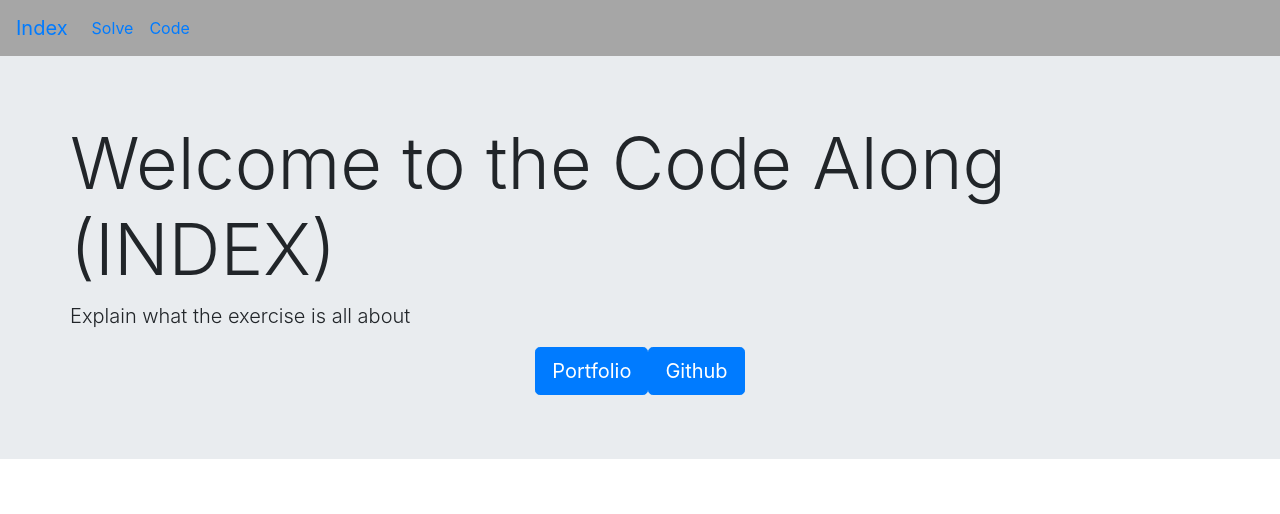
Repository: zhadjah9559/TacocatGrammar
Page: index.html
These files come from the project's save history. The page is drawn as it stood at one moment and after a run of saves; the edit follows.
The browser window is 1280 px wide. The pictures show the whole page.

Above is the page before, as saved 2021-01-12 01:20:42.

After the next 3 saves:
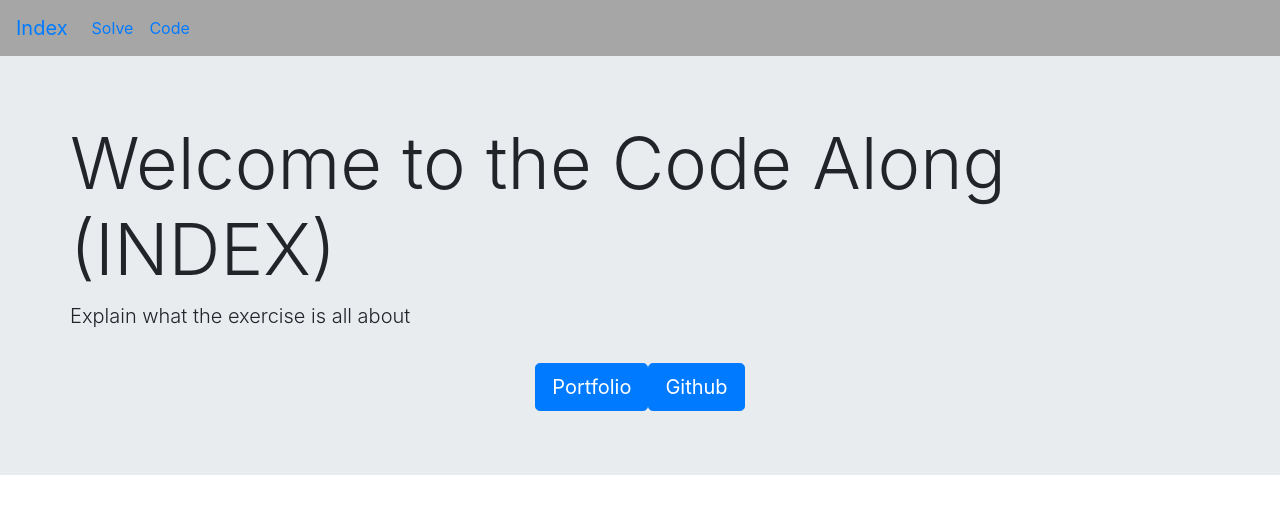
The 3 saves are shown as one change because they came seconds apart.
The last was saved 10 s later.
--- a/index.html
+++ b/index.html
@@ -36,7 +36,7 @@
                 <hr class="my-2">
             </div>
 
-            <div class="row justify-content-center">
+            <div class="row justify-content-center mt-3">
                 <a class="btn btn-primary btn-lg" target="_blank" href="https://zacharyhadjah.netlify.app/" role="button">Portfolio</a>
                 <a class="btn btn-primary btn-lg" target="_blank" href="https://github.com/zhadjah9559" role="button">Github</a>
             </div>
